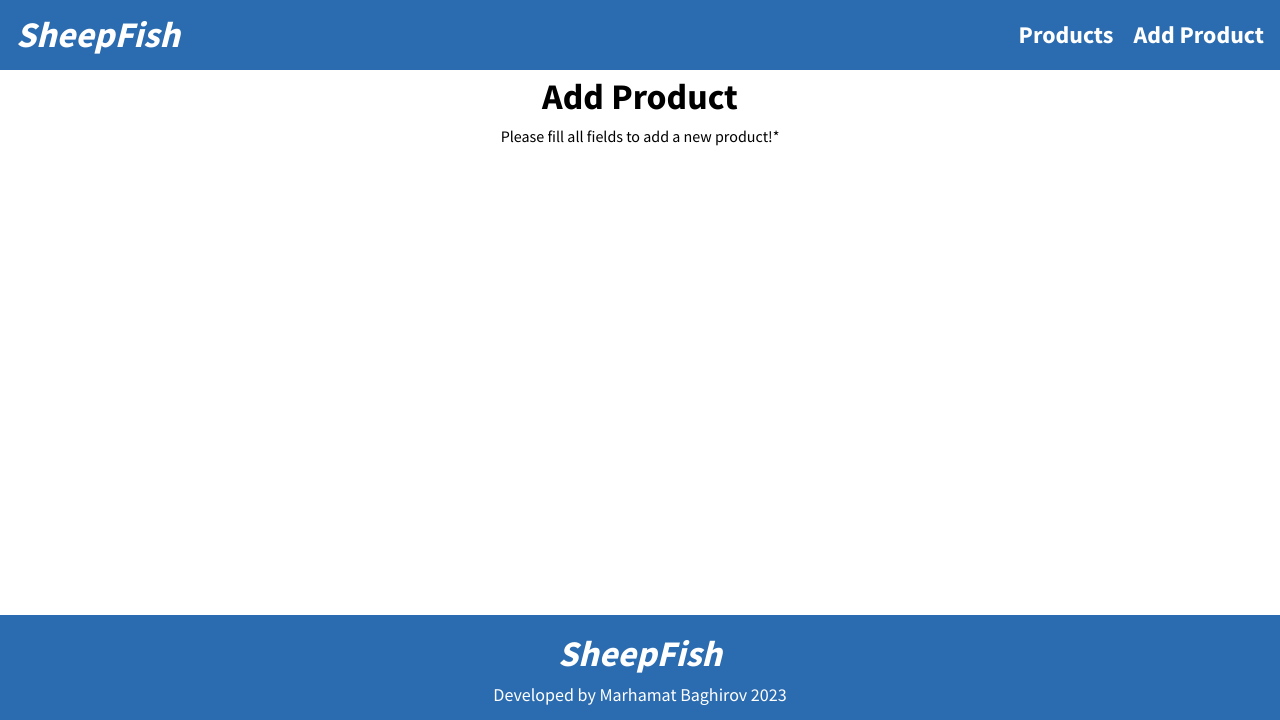
Repository: Marhamat92/sheep-fish-task
Page: /products/add
An editor plug-in stored every save of this project. The page is shown before and after the next save, followed by the edit.
The browser window is 1280 px wide. The pictures show the whole page.
The project was rebuilt for these pictures with package versions that can differ from the ones it lists, and the page was loaded fresh each time. Also part of the build but not shown: src/App.css, src/components/SearchField.tsx, src/components/ListTable.tsx, src/pages/Products/ProductList.tsx.

Above is the page before, as saved 2023-03-28 19:39:14.

### public/index.html
<!DOCTYPE html>
<html lang="en">

<head>
  <meta charset="utf-8" />
  <link rel="icon" href="%PUBLIC_URL%/favicon.ico" />
  <meta name="viewport" content="width=device-width, initial-scale=1" />
  <meta name="theme-color" content="#000000" />
  <meta name="description" content="Web site created using create-react-app" />
  <link rel="apple-touch-icon" href="%PUBLIC_URL%/logo192.png" />
  <link rel="preconnect" href="https://fonts.googleapis.com">
  <link rel="preconnect" href="https://fonts.gstatic.com" crossorigin>
  <link href="https://fonts.googleapis.com/css2?family=Source+Sans+Pro:wght@200;300;400;600;700;900&display=swap"
    rel="stylesheet">
  <!--
      manifest.json provides metadata used when your web app is installed on a
      user's mobile device or desktop. See https://developers.google.com/web/fundamentals/web-app-manifest/
    -->
  <link rel="manifest" href="%PUBLIC_URL%/manifest.json" />
  <!--
      Notice the use of %PUBLIC_URL% in the tags above.
      It will be replaced with the URL of the `public` folder during the build.
      Only files inside the `public` folder can be referenced from the HTML.

      Unlike "/favicon.ico" or "favicon.ico", "%PUBLIC_URL%/favicon.ico" will
      work correctly both with client-side routing and a non-root public URL.
      Learn how to configure a non-root public URL by running `npm run build`.
    -->
  <title>SheepFish</title>
</head>

<body>
  <noscript>You need to enable JavaScript to run this app.</noscript>
  <div id="root"></div>
  <!--
      This HTML file is a template.
      If you open it directly in the browser, you will see an empty page.

      You can add webfonts, meta tags, or analytics to this file.
      The build step will place the bundled scripts into the <body> tag.

      To begin the development, run `npm start` or `yarn start`.
      To create a production bundle, use `npm run build` or `yarn build`.
    -->
</body>

</html>

### src/index.css
@tailwind base;
@tailwind components;
@tailwind utilities;


body {
  font-family: 'Source Sans Pro', sans-serif;
}

code {
  font-family: 'Source Sans Pro', sans-serif;
}

### src/App.tsx
import React from "react";
import logo from "./logo.svg";
import "./App.css";
import Header from "./components/Header";
import Layout from "./Layout/Layout";
import BaseRouter from "./routes";

function App() {
  return (
    <div>
      <Layout>
        <BaseRouter />
      </Layout>
    </div>
  );
}

export default App;

### src/Layout/Layout.tsx
import React from "react";
import Header from "../components/Header";
import Footer from "../components/Footer";

type Props = {
  children: React.ReactNode;
};

const Layout = ({ children }: Props) => {
  return (
    <div>
      <Header />
      {children}
      <Footer />
    </div>
  );
};

export default Layout;

### src/routes.js
import { Route, Routes } from "react-router-dom";
import React from "react";
import ProductList from "./pages/Products/ProductList";
import AddProduct from "./pages/Products/AddProduct";

const BaseRouter = () => (
  <Routes>
    <Route exact path="/" element={
      <ProductList />
    } />
    <Route exact path="/products"
      element={
        <ProductList />
      }
    />
    <Route exact path="/products/add" element={
      <AddProduct />
    } />
  </Routes>
);

export default BaseRouter;

### src/components/Header.tsx
import React, { useEffect, useState } from "react";
import { Link } from "react-router-dom";
import { BiMenu } from "react-icons/bi";

type Props = {};

const Header = (props: Props) => {
  const [mobileMenu, setMobileMenu] = useState(false);
  const [showMobileMenu, setShowMobileMenu] = useState(false);

  const checkScreenSize = () => {
    if (window.innerWidth <= 768) {
      setMobileMenu(true);
    } else {
      setMobileMenu(false);
      setShowMobileMenu(false);
    }
  };

  useEffect(() => {
    checkScreenSize();
    window.addEventListener("resize", checkScreenSize);
    return () => {
      window.removeEventListener("resize", checkScreenSize);
    };
  }, [mobileMenu]);

  return (
    <div className=' bg-mainPrimary '>
      <div className='container flex flex-row justify-between items-center py-2'>
        <div>
          <h1
            className='
            text-4xl font-bold text-white italic
          '
          >
            SheepFish
          </h1>
        </div>
        {mobileMenu ? (
          <BiMenu
            onClick={() => {
              setShowMobileMenu(true);
            }}
            className='text-3xl text-white'
          />
        ) : (
          <div className='flex flex-row justify-between space-x-5'>
            <Link to='/products'>
              <div
                className='text-2xl font-bold text-white hover:underline transition-all duration-300
          cursor-pointer'
              >
                Products
              </div>
            </Link>
            <Link to='/products/add'>
              <div className='text-2xl font-bold text-white hover:underline transition-all duration-300 cursor-pointer'>
                Add Product
              </div>
            </Link>
          </div>
        )}
        {showMobileMenu && (
          <div className='bg-mainTertiary h-screen absolute top-0 left-0 right-0 '>
            <div className='flex flex-col justify-center items-center'>
              <div className='text-2xl font-bold text-white hover:underline transition-all duration-300 cursor-pointer'>
                Products
              </div>
              <div className='text-2xl font-bold text-white hover:underline transition-all duration-300 cursor-pointer'>
                Add Product
              </div>
            </div>
          </div>
        )}
      </div>
    </div>
  );
};

export default Header;

### src/components/Footer.tsx
import React from "react";

type Props = {};

const Footer = ({}: Props) => {
  return (
    <div className='bg-mainPrimary py-3 absolute bottom-0 w-full'>
      <div className='container mx-auto flex flex-col items-center justify-center'>
        <h1 className='text-4xl font-bold text-white italic text-center'>
          SheepFish
        </h1>
        <p className='text-white font-regular text-lg text-center'>
          Developed by Marhamat Baghirov {new Date().getFullYear()}
        </p>
      </div>
    </div>
  );
};

export default Footer;

### src/pages/Products/AddProduct.tsx
import React from "react";

type Props = {};

const AddProduct = (props: Props) => {
  return (
    <div>
      <div className='flex flex-col items-center justify-center '>
        <h1 className='text-4xl font-bold'>Add Product</h1>
        <p>Please fill all fields to add a new product!*</p>
      </div>
    </div>
  );
};

export default AddProduct;

### tailwind.config.js
/** @type {import('tailwindcss').Config} */
module.exports = {
  content: ["./src/**/*.{js,jsx,ts,tsx}",],
  theme: {
    extend: {
      colors: {
        "textPrimary": "#1a202c",
        "textSecondary": "#2d3748",
        "textTertiary": "#4a5568",
        "mainPrimary": "#2b6cb0",
        "mainSecondary": "#4299e1",
        "mainTertiary": "#63b3ed",
        "success": "#48bb78",
        "danger": "#e53e3e",
        "warning": "#dd6b20",
        "info": "#3182ce",
        "light": "#f7fafc",
        "dark": "#1a202c",
        "white": "#fff",
        "black": "#000",
        //close this
      },
      fontFamily: {
        sans: ["Roboto", "sans-serif"],
      },
      fontSize: {
        "xs": ".75rem",
        "sm": ".875rem",
        "tiny": ".875rem",
        "base": "1rem",
        "lg": "1.125rem",
        "xl": "1.25rem",
        "2xl": "1.5rem",
        "3xl": "1.875rem",
        "4xl": "2.25rem",
        "5xl": "3rem",
        "6xl": "4rem",
        "7xl": "5rem",
        "8xl": "6rem",
        "9xl": "7rem",
        "10xl": "8rem",
      },
      spacing: {
        "0": "0",
        "1": "0.25rem",
        "2": "0.5rem",
        "3": "0.75rem",
        "4": "1rem",
        "5": "1.25rem",
        "6": "1.5rem",
        "8": "2rem",
      },
      boxShadow: {
        "xs": "0 0 0 1px rgba(0, 0, 0, 0.05)",
        "sm": "0 1px 2px 0 rgba(0, 0, 0, 0.05)",
        "default": "0 1px 3px 0 rgba(0, 0, 0, 0.1), 0 1px 2px 0 rgba(0, 0, 0, 0.06)",
        "md": "0 4px 6px -1px rgba(0, 0, 0, 0.1), 0 2px 4px -1px rgba(0, 0, 0, 0.06)",
        "lg": "0 10px 15px -3px rgba(0, 0, 0, 0.1), 0 4px 6px -2px rgba(0, 0, 0, 0.05)",
        "xl": "0 20px 25px -5px rgba(0, 0, 0, 0.1), 0 10px 10px -5px rgba(0, 0, 0, 0.04)",
        "2xl": "0 25px 50px -12px rgba(0, 0, 0, 0.25)",
      },
      screens: {
        "xs": "320px",
        "sm": "640px",
        "md": "768px",
        "lg": "1024px",
        "xl": "1280px",
        "2xl": "1536px",
      },

      container: {
        center: true,
        padding: "1rem",
      },

    },
    plugins: [




    ],
  }
}

Loaded but not shown: src/index.tsx (common file); src/reportWebVitals.ts (common file)

After the next save:
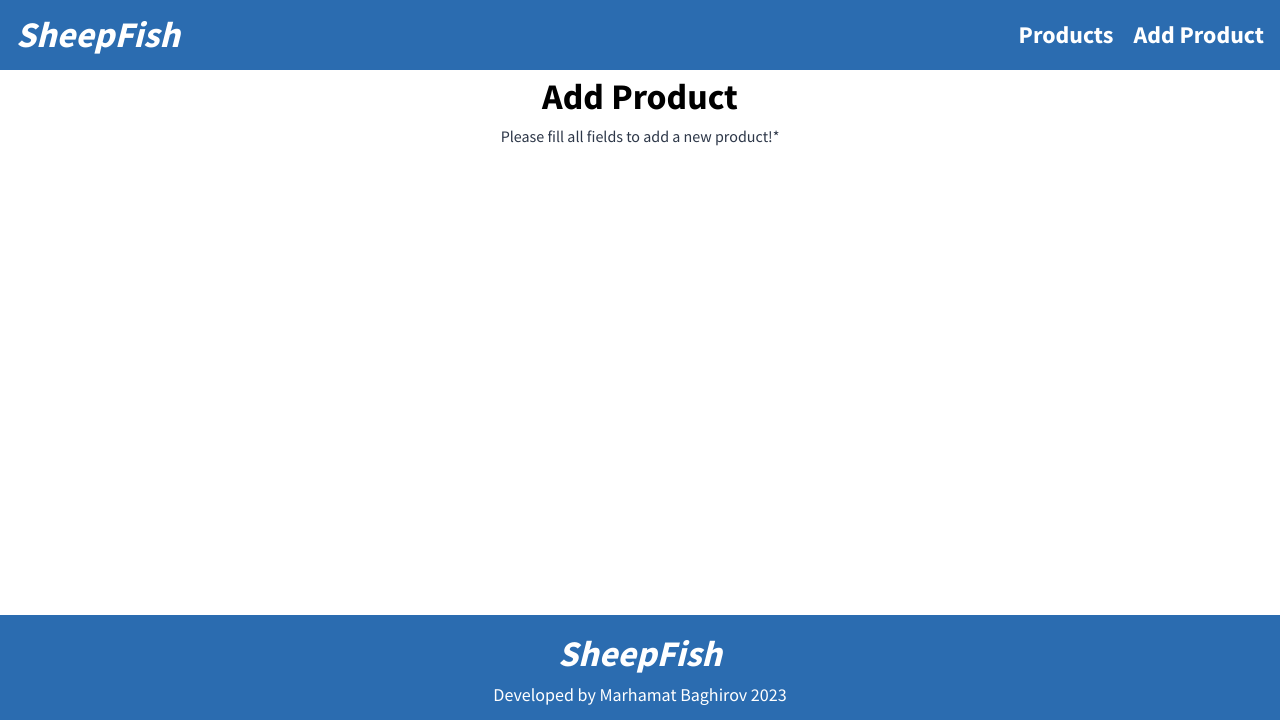
Saved 25 s later.
--- a/src/pages/Products/AddProduct.tsx
+++ b/src/pages/Products/AddProduct.tsx
@@ -7,7 +7,9 @@
     <div>
       <div className='flex flex-col items-center justify-center '>
         <h1 className='text-4xl font-bold'>Add Product</h1>
-        <p>Please fill all fields to add a new product!*</p>
+        <p className='text-textSecondary'>
+          Please fill all fields to add a new product!*
+        </p>
       </div>
     </div>
   );
